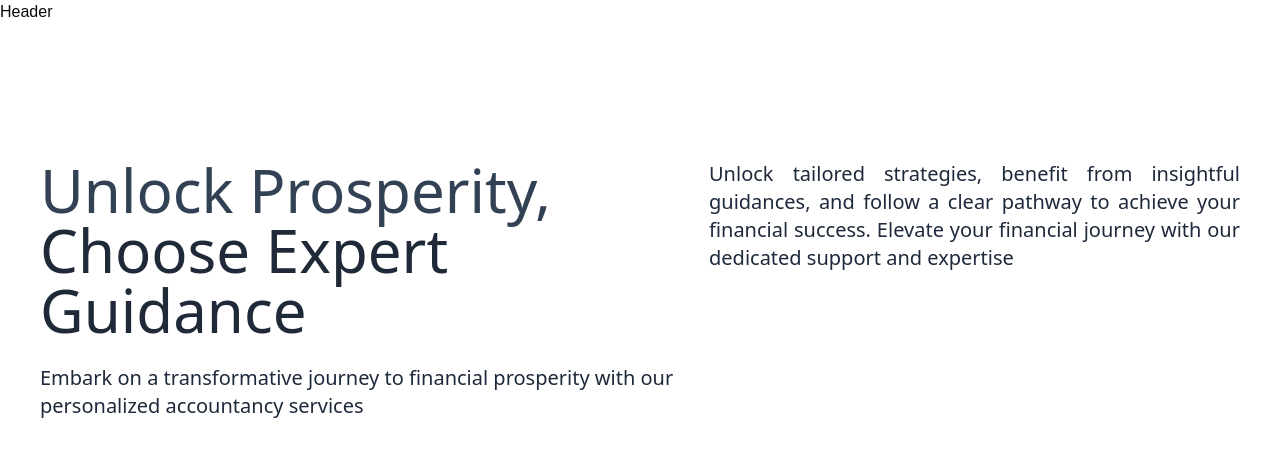
Repository: vespersolutionspk18/integrast-website
Page: /
An editor plug-in stored every save of this project. The page is shown before and after the next save, followed by the edit.
The browser window is 1280 px wide. The pictures show the whole page.
The project was rebuilt for these pictures with package versions that can differ from the ones it lists, and the page was loaded fresh each time. The framework's server and built-in components were replaced by stand-ins that run in the browser. Also part of the build but not shown: next.config.ts.

Above is the page before, as saved 2024-12-09 14:48:57.

After the next save:
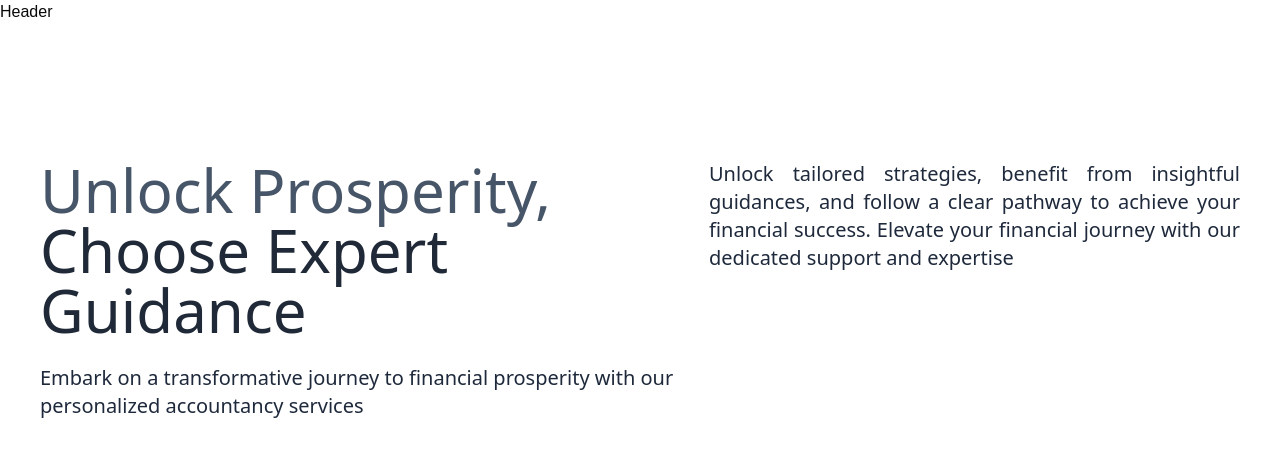
Saved 4 s later.
--- a/app/Hero.tsx
+++ b/app/Hero.tsx
@@ -5,7 +5,7 @@ const Hero = () => {
     <div className="flex flex-col p-10 ">
         <div className="flex flex-row mt-24 h-[280px] gap-5 ">
             <div className="w-[55%] flex flex-col">
-                <h1 className="font-light font-sans text-6xl text-slate-700">Unlock Prosperity, <span className="text-gray-800">Choose Expert Guidance</span></h1>
+                <h1 className="font-light font-sans text-6xl text-slate-600">Unlock Prosperity, <span className="text-gray-800">Choose Expert Guidance</span></h1>
                 <h4 className="text-xl font-sans text-slate-800 mt-6">Embark on a transformative journey to financial prosperity with our personalized accountancy services</h4>
             </div>
             <div className="w-[45%] flex flex-col items-start ">
